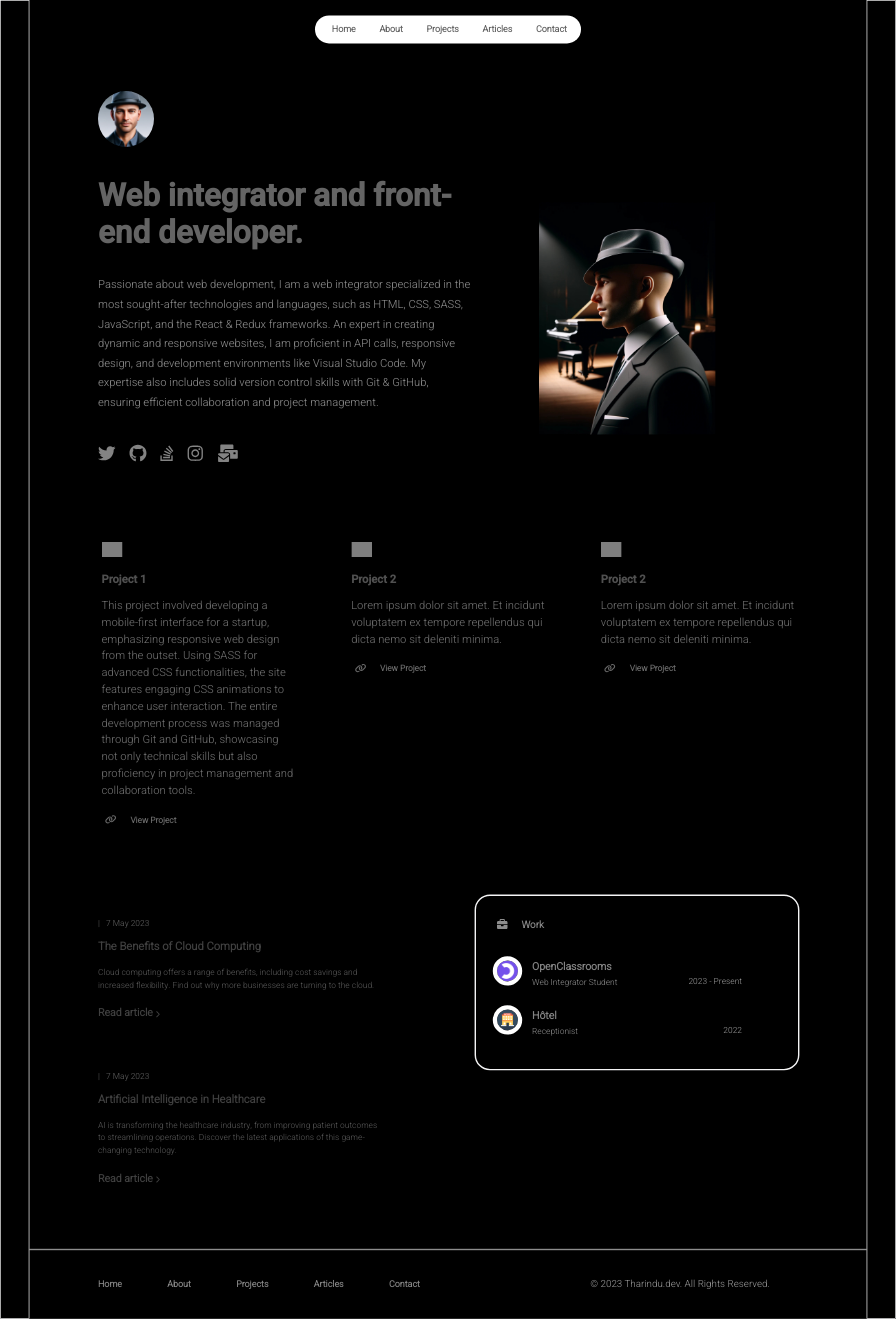
Repository: Dimple3377/reactfolio-master
Page: /
The author's editor kept a copy of each file at every save. The page is drawn from the files as they stood at one save, then again after the next save.
The browser window is 1280 px wide. The pictures show the whole page, at 70% of full size.
Pictures or frames that could not be fetched are drawn as grey boxes. The project was rebuilt for these pictures with package versions that can differ from the ones it lists, and the page was loaded fresh each time. Also part of the build but not shown: src/components/about/socials.jsx, src/pages/styles/about.css, src/pages/about.jsx, src/pages/styles/projects.css, src/pages/projects.jsx, src/components/articles/article.jsx, src/pages/styles/articles.css, src/pages/articles.jsx and 5 more.

Above is the page before, as saved 2024-04-25 03:26:59.

### src/data/styles.css
:root {
	/* ------- colors ------- */
	--primary-color: #646464;
	--secondary-color: #838383;
	--tertiary-color: #8d8d8d;
	--quaternary-color: #bbbbbb;
	--link-color: #646464;
	/* ---------------------- */

	/* ------- fonts ------- */
	--primary-font: "Heebo", sans-serif;
	--secondary-font: "Roboto", sans-serif;
	/* --------------------- */
}

### src/app.css
@import "/src/data/styles.css";

::-webkit-scrollbar {
	width: 10px;
}

::-webkit-scrollbar-track {
	background-color: #f1f1f1;
}

::-webkit-scrollbar-thumb {
	background-color: #383636;
	border-radius: 5px;
}

::-webkit-scrollbar-thumb:hover {
	background-color: rgb(0, 0, 0);
}

.page-content {
	background-color: black;
	position: relative;
}

.page-content:before,
.page-content:after {
	content: "";
	position: absolute;
	top: 0;
	bottom: 0;
	width: calc((100% - 1200px) / 2);
	background-color: black;
	border: 1px solid #f4f4f5;
}

.page-content:before {
	left: 0;
	z-index: 1;
}

.page-content:after {
	right: 0;
	z-index: 1;
}

.content-wrapper {
	max-width: 1000px;
	margin: 0 auto;
}

.title {
	color: var(--primary-color);
	font-family: var(--secondary-font);
	font-size: 45px;
	font-weight: 700;
	width: 70%;
}

.subtitle {
	padding-top: 10px;
	color: var(--secondary-color);
	font-size: 16px;
	line-height: 28px;
	width: 70%;
	margin-top: 25px;
}

.page-footer {
	position: block;
}

.page-footer::before {
	content: "";
	position: absolute;
	left: 0;
	right: 0;
	border-top: 2px solid var(--tertiary-color);
}

@media (max-width: 1270px) {
	.page-content:before,
	.page-content:after {
		width: calc((100% - 90%) / 2);
	}

	.content-wrapper {
		max-width: 90%;
		padding-left: 10%;
		padding-right: 10%;
	}
}

@media (max-width: 1024px) {
	.page-content:before,
	.page-content:after {
		width: calc((100% - 950px) / 2);
	}

	.content-wrapper {
		max-width: 980px;
	}
}

@media (max-width: 800px) {
	.content-wrapper {
		max-width: 90%;
		margin: 0 auto;
		padding: 0 10px;
	}

	.page-content:before,
	.page-content:after {
		display: none;
	}

	.title {
		width: 100%;
	}

	.subtitle {
		width: 100%;
	}
}

### src/components/common/footer.jsx
import React from "react";
import { Link } from "react-router-dom";

import "./styles/footer.css";

const Footer = () => {
	return (
		<React.Fragment>
			<div className="footer">
				<div className="footer-links">
					<ul className="footer-nav-link-list">
						<li className="footer-nav-link-item">
							<Link to="/">Home</Link>
						</li>
						<li className="footer-nav-link-item">
							<Link to="/about">About</Link>
						</li>
						<li className="footer-nav-link-item">
							<Link to="/projects">Projects</Link>
						</li>
						<li className="footer-nav-link-item">
							<Link to="/articles">Articles</Link>
						</li>
						<li className="footer-nav-link-item">
							<Link to="/contact">Contact</Link>
						</li>
					</ul>
				</div>

				<div className="footer-credits">
					<div className="footer-credits-text">
						© 2023 Tharindu.dev. All Rights Reserved.
					</div>
				</div>
			</div>
		</React.Fragment>
	);
};

export default Footer;

### src/components/common/navBar.jsx
import React from "react";
import { Link } from "react-router-dom";

import "./styles/navBar.css";

const NavBar = (props) => {
	const { active } = props;

	return (
		<React.Fragment>
			<div className="nav-container">
				<nav className="navbar">
					<div className="nav-background">
						<ul className="nav-list">
							<li
								className={
									active === "home"
										? "nav-item active"
										: "nav-item"
								}
							>
								<Link to="/">Home</Link>
							</li>
							<li
								className={
									active === "about"
										? "nav-item active"
										: "nav-item"
								}
							>
								<Link to="/about">About</Link>
							</li>
							<li
								className={
									active === "projects"
										? "nav-item active"
										: "nav-item"
								}
							>
								<Link to="/projects">Projects</Link>
							</li>
							<li
								className={
									active === "articles"
										? "nav-item active"
										: "nav-item"
								}
							>
								<Link to="/articles">Articles</Link>
							</li>
							<li
								className={
									active === "contact"
										? "nav-item active"
										: "nav-item"
								}
							>
								<Link to="/contact">Contact</Link>
							</li>
						</ul>
					</div>
				</nav>
			</div>
		</React.Fragment>
	);
};

export default NavBar;

### src/components/homepage/article.jsx
import React from "react";
import { Link } from "react-router-dom";

import { FontAwesomeIcon } from "@fortawesome/react-fontawesome";
import { faChevronRight } from "@fortawesome/free-solid-svg-icons";

import "./styles/article.css";

const Article = (props) => {
	const { title, description, date, link } = props;

	return (
		<React.Fragment>
			<div className="homepage-article">
				<div className="homepage-article-content">
					<div className="homepage-article-date">
						|&nbsp;&nbsp;&nbsp;{date}
					</div>
					<div className="homepage-article-title">{title}</div>
					<div className="homepage-article-description">
						{description}
					</div>
					<div className="homepage-article-link">
						<Link to={link}>
							Read article{" "}
							<FontAwesomeIcon
								style={{ fontSize: "10px" }}
								icon={faChevronRight}
							/>
						</Link>
					</div>
				</div>
			</div>
		</React.Fragment>
	);
};

export default Article;

### src/components/homepage/works.jsx
import React from "react";
import { faBriefcase } from "@fortawesome/free-solid-svg-icons";

import Card from "../common/card";

import "./styles/works.css";

const Works = () => {
	return (
		<div className="works">
			<Card
				icon={faBriefcase}
				title="Work"
				body={
					<div className="works-body">
						<div className="work">
							<img
								src="./OpenClassrooms.png"
								alt="OpenClassrooms"
								className="work-image"
							/>
							<div className="work-title">OpenClassrooms</div>
							<div className="work-subtitle">
								Web Integrator Student
							</div>
							<div className="work-duration">2023 - Present</div>
						</div>

						<div className="work">
							<img
								src="./hotel.png"
								alt="hotel"
								className="work-image"
							/>
							<div className="work-title">Hôtel</div>
							<div className="work-subtitle">Receptionist</div>
							<div className="work-duration">2022</div>
						</div>
					</div>
				}
			/>
		</div>
	);
};

export default Works;

### src/data/user.js
const INFO = {
	main: {
		title: "Portfolio by Dimple",
		name: "Joffrey",
		email: "joffran712@gmail.com",
		logo: "../logo.png",
	},

	socials: {
		twitter: "https://twitter.com/",
		github: "https://github.com/",
		linkedin: "https://linkedin.com/",
		instagram: "https://instagram.com/",
		stackoverflow: "https://stackoverflow.com/",
		facebook: "https://facebook.com/",
	},

	homepage: {
		title: "Web integrator  and front-end developer.",
		description:
			"Passionate about web development, I am a web integrator specialized in the most sought-after technologies and languages, such as HTML, CSS, SASS, JavaScript, and the React & Redux frameworks. An expert in creating dynamic and responsive websites, I am proficient in API calls, responsive design, and development environments like Visual Studio Code. My expertise also includes solid version control skills with Git & GitHub, ensuring efficient collaboration and project management.",
	},

	about: {
		title: "I’m Joffrey I live in Paris, where I design the future.",
		description:
			"Having recently completed my developer training, I've already engaged in various projects that I'm truly proud of. Many of these projects are open-source, offering an opportunity for others to explore, contribute, and enhance. If you're interested in my work, I encourage you to review the code and share any suggestions for improvement. I'm eager to collaborate and learn from feedback, as I believe it's a fantastic way to grow and refine my skills.",
	},

	articles: {
		title: "I'm passionate about pushing the boundaries of what's possible and inspiring the next generation of innovators.",
		description:
			"A chronological compilation of my detailed reflections on programming, leadership, product design, and beyond.",
	},

	projects: [
		{
			title: "Project 1",
			description:
				"This project involved developing a mobile-first interface for a startup, emphasizing responsive web design from the outset. Using SASS for advanced CSS functionalities, the site features engaging CSS animations to enhance user interaction. The entire development process was managed through Git and GitHub, showcasing not only technical skills but also proficiency in project management and collaboration tools.",
			logo: "https://cdn.jsdelivr.net/npm/programming-languages-logos/src/html/html.png",
			linkText: "View Project",
			link: "https://github.com",
		},
		{
			title: "Project 2",
			description:
				"Lorem ipsum dolor sit amet. Et incidunt voluptatem ex tempore repellendus qui dicta nemo sit deleniti minima.",
			logo: "https://cdn.jsdelivr.net/npm/programming-languages-logos/src/javascript/javascript.png",
			linkText: "View Project",
			link: "https://github.com",
		},
		{
			title: "Project 2",
			description:
				"Lorem ipsum dolor sit amet. Et incidunt voluptatem ex tempore repellendus qui dicta nemo sit deleniti minima.",
			logo: "https://cdn.jsdelivr.net/npm/programming-languages-logos/src/javascript/javascript.png",
			linkText: "View Project",
			link: "https://github.com",
		},
	],
};

export default INFO;

### src/pages/styles/homepage.css
@import "../../data/styles.css";

.homepage-logo-container {
	display: flex;
	justify-content: left;
	align-items: center;
	padding-top: 130px;
}

.homepage-container {
	padding-top: 25px;
}

.homepage-first-area {
	display: flex;
	justify-content: space-between;
	align-items: center;
}

.homepage-first-area-left-side {
	display: flex;
	flex-direction: column;
	align-items: flex-start;
}

.homepage-title {
	width: 85% !important;
}

.homepage-subtitle {
	width: 85% !important;
}

.homepage-first-area-right-side {
	display: flex;
	align-items: center;
}

.homepage-image-container {
	width: 370px;
	height: 370px;
}

.homepage-image-wrapper {
	overflow: hidden;
	border-radius: 10%;
}

.homepage-image-wrapper img {
	width: 68%;
}

.homepage-socials {
	display: flex;
	justify-content: left;
	align-items: center;
	padding-top: 30px;
}

.homepage-social-icon {
	padding-right: 20px;
	font-size: 25px;
	transition: color 0.2s ease-in-out;
	color: var(--secondary-color);
}

.homepage-social-icon:hover {
	color: var(--primary-color);
}

.homepage-after-title {
	display: flex;
}

.homepage-projects {
	flex-basis: 300px;
	padding-top: 40px;
}

.homepage-articles {
	flex-basis: 900px;
	padding-top: 30px;
	margin-left: -30px;
}

.homepage-article {
	padding-bottom: 5px;
}

.homepage-works {
	flex-basis: 600px;
	padding-top: 30px;
}

@media (max-width: 1024px) {
	.homepage-first-area {
		flex-direction: column;
	}

	.homepage-first-area-left-side {
		display: flex;
		flex-direction: column; /* Changed: set direction to column */
		align-items: flex-start;
		width: 100%;
		order: 2;
	}

	.homepage-title {
		width: 100% !important;
		margin-top: 20px;
		order: 2;
	}

	.homepage-subtitle {
		width: 100% !important;
		margin-top: 10px;
		order: 3;
	}

	.homepage-first-area-right-side {
		width: 100%;
		order: 1;
	}

	.homepage-image-container {
		padding-top: 50px;
		padding-bottom: 50px;
		margin-left: 10px;
		order: 1;
	}

	.homepage-after-title {
		flex-direction: column;
	}

	.homepage-projects {
		flex-basis: auto;
	}

	.homepage-articles {
		flex-basis: auto;
	}

	.homepage-works {
		flex-basis: auto;
		margin-left: -25px;
		margin-right: -25px;
	}
}

### src/pages/styles/readArticle.css
@import "../../data/styles.css";

.read-article-logo-container {
	display: flex;
	justify-content: left;
	padding-top: 25px;
}

.read-article-logo {
	display: flex;
	position: fixed;
	border: 1px solid white;
	border-radius: 50%;
	box-shadow: 0px 4px 10px rgba(0, 0, 0, 0.25);
	top: 4vh;
}

.read-article-container {
	display: flex;
	height: 100%;
	margin: 0;
	padding-top: 120px;
}

.read-article-back {
	padding-top: 68px;
	padding-right: 50px;
	width: 40px;
	height: 40px;
}

.read-article-back-button {
	width: 50px;
	border-radius: 50%;
	box-shadow: 0px 4px 10px rgba(0, 0, 0, 0.25);
}

.read-article-wrapper {
	width: 80%;
	padding-top: 30px;
}

.read-article-date-container {
	border-left: 2px solid var(--quaternary-color);
	color: var(--tertiary-color);
	font-size: 16 px;
	align-items: center;
	height: 22px;
}

.read-article-date {
	font-family: var(--primary-font);
	padding-left: 15px;
}

.read-article-title {
	padding-top: 50px;
	padding-bottom: 50px;
	width: 100% !important;
}

.read-article-body {
	padding-bottom: 50px;
	font-size: 16px;
	line-height: 30px;
	font-family: system-ui;
	color: #52525b;
}

### src/components/common/styles/footer.css
@import "../../../data/styles.css";

.footer {
	display: flex;
	padding-top: 25px;
	margin-top: 50px;
	padding-bottom: 25px;
	align-items: center;
}

.footer-links,
.footer-credits {
	flex-basis: 50%;
}

.footer-links {
	margin-left: -40px;
}

.footer-nav-link-list {
	display: flex;
	list-style: none;
	justify-content: space-between;
	align-items: center;
}

.footer-nav-link-item {
	font-weight: bold;
	font-size: 80%;
}

.footer-nav-link-list a {
	text-decoration: none;
	color: var(--secondary-color);
}

.footer-nav-link-list a:hover {
	color: var(--link-color);
}

.footer-credits-text {
	justify-content: flex-end;
	color: var(--tertiary-color);
	font-size: 14px;
	text-align: right;
}

@media (max-width: 600px) {
	.footer {
		flex-direction: column;
		height: 85px;
	}

	.footer-links {
		display: flex;
		width: 100%;
		justify-content: center;
	}

	.footer-nav-link-list {
		width: 100%;
	}
}

### src/components/common/styles/navBar.css
@import "../../../data/styles.css";

.nav-container {
	margin: 0;
	display: flex;
	justify-content: center;
	align-items: center;
}

.navbar {
	display: flex;
	justify-content: center;
	align-items: center;
	position: fixed;
	top: 3vh;
	z-index: 999;
}

.nav-background {
	width: 380px;
	height: 40px;
	padding-left: 0%;
	padding-right: 0%;
	background: #fff;
	box-shadow: 0px 2px 10px rgba(0, 0, 0, 0.1);
	border-radius: 40px;
}

.nav-list {
	display: flex;
	justify-content: space-between;
	list-style: none;
	align-items: center;
	margin-left: -16px;
	margin-right: 20px;
	margin-top: 11px;
}

.nav-item {
	font-weight: bold;
	font-size: 80%;
}

.nav-item.active a {
	color: var(--link-color) !important;
}

.nav-item a {
	text-decoration: none;
	color: var(--primary-color);
}

.nav-item a:hover {
	color: var(--link-color);
	transition: color 0.3s ease-in-out;
}

@media (max-width: 600px) {
	.navbar {
		margin-left: 25%;
		margin-right: 25%;
		width: 80%;
		font-size: 80%;
	}

	.nav-background {
		width: 80%;
		height: 40px;
	}

	.nav-item {
		font-weight: bold;
	}
}

### src/components/homepage/styles/article.css
@import "../../../data/styles.css";

.homepage-article {
	width: 90%;
	mix-blend-mode: normal;
	border-radius: 20px;
	opacity: 0.8;
}

.homepage-article:hover {
	background: #fafafa;
	opacity: 1;
	transition: background-color 0.3s ease-in-out;
}

.homepage-article-content {
	padding: 30px;
}

.homepage-article-date {
	opacity: 1;
	color: var(--tertiary-color);
	font-size: 12px;
	margin-bottom: 1em;
}

.homepage-article-title {
	opacity: 1;
	color: var(--primary-color);
	font-size: 16px;
	margin-bottom: 1em;
	font-weight: 700;
}

.homepage-article-description {
	opacity: 1;
	color: var(--secondary-color);
	font-size: 12px;
	line-height: 1.5;
}

.homepage-article-link {
	opacity: 1;
	padding-top: 20px;
	font-size: 15px;
	font-weight: 700;
}

.homepage-article-link a {
	color: var(--link-color);
	text-decoration: none;
}

@media (max-width: 600px) {
	.homepage-article {
		width: 100%;
	}
}

### src/components/projects/project.jsx
import React from "react";
import { Link } from "react-router-dom";
import { FontAwesomeIcon } from "@fortawesome/react-fontawesome";
import { faLink } from "@fortawesome/free-solid-svg-icons";

import "./styles/project.css";

const Project = (props) => {
	const { logo, title, description, linkText, link } = props;

	return (
		<React.Fragment>
			<div className="project">
				<Link to={link}>
					<div className="project-container">
						<div className="project-logo">
							<img src={logo} alt="logo" />
						</div>
						<div className="project-title">{title}</div>
						<div className="project-description">{description}</div>
						<div className="project-link">
							<div className="project-link-icon">
								<FontAwesomeIcon icon={faLink} />
							</div>

							<div className="project-link-text">{linkText}</div>
						</div>
					</div>
				</Link>
			</div>
		</React.Fragment>
	);
};

export default Project;

### src/components/articles/style/article.css
@import "../../../data/styles.css";

.article {
	display: flex;
}

.article a {
	text-decoration: none;
}

.article-left-side {
	min-width: 20%;
	max-width: 20%;
}

.article-right-side {
	flex-basis: 80%;
	min-width: 700px;
	mix-blend-mode: normal;
	border-radius: 20px;
	opacity: 0.8;
	padding: 30px;
}

.article-right-side:hover {
	background: #fafafa;
	opacity: 1;
	transition: background-color 0.3s ease-in-out;
}

.article-date {
	padding-top: 30px;
	font-size: 15px;
	color: var(--tertiary-color);
}

.article-title {
	color: #000000;
	font-size: 16px;
	font-weight: 600;
}

.article-description {
	padding-top: 10px;
	font-size: 12px;
	color: var(--secondary-color);
	font-weight: 480;
	line-height: 25px;
}

.article-link {
	padding-top: 10px;
	font-size: 14px;
	color: var(--link-color);
	font-weight: 700;
}

@media (max-width: 1024px) {
	.article-left-side {
		min-width: 10%;
		max-width: 10%;
	}

	.article-right-side {
		flex-basis: 90%;
		min-width: 85%;
		max-width: 85%;
	}
}

### src/components/projects/styles/project.css
@import "../../../data/styles.css";

.project {
	mix-blend-mode: normal;
	border-radius: 20px;
	opacity: 0.8;
	height: 100%;
}

.project a {
	text-decoration: none;
}

.project:hover {
	background: #fafafa;
	opacity: 1;
	transition: background-color 0.3s ease-in-out;
}

.project:hover .project-link {
	color: var(--link-color);
	transition: color 0.3s ease-in-out;
}

.project-container {
	padding: 30px;
}

.project-logo {
	width: 30px;
}

.project-logo img {
	width: 100%;
}

.project-title {
	font-family: var(--secondary-font);
	color: var(--primary-color);
	font-size: 16px;
	padding-top: 15px;
	margin-bottom: 1em;
	font-weight: 700;
}

.project-description {
	color: var(--secondary-color);
}

.project-link {
	display: flex;
	align-items: center;
	color: var(--secondary-color);
	font-size: 12px;
	padding-top: 20px;
}

.project-link-icon {
	padding-left: 5px;
	font-size: 13px;
}

.project-link-text {
	padding-left: 20px;
	font-weight: 700;
}

@media (max-width: 600px) {
	.project {
		height: 300px;
	}
}

Loaded but not shown: public/index.html (common file); src/index.js (common file); src/index.css (common file); src/App.js (common file); src/reportWebVitals.js (common file); src/data/tracking.js (common file); src/components/common/logo.jsx (common file); src/components/projects/allProjects.jsx (common file); src/components/common/styles/logo.css (common file); src/components/common/card.jsx (common file); src/components/homepage/styles/works.css (common file); src/components/projects/styles/allProjects.css (common file); src/components/about/styles/socials.css (common file); src/components/common/styles/card.css (common file); src/data/articles.js (65 lines, source omitted); src/data/seo.js (38 lines, source omitted); src/pages/homepage.jsx (206 lines, source omitted)

After the next save:
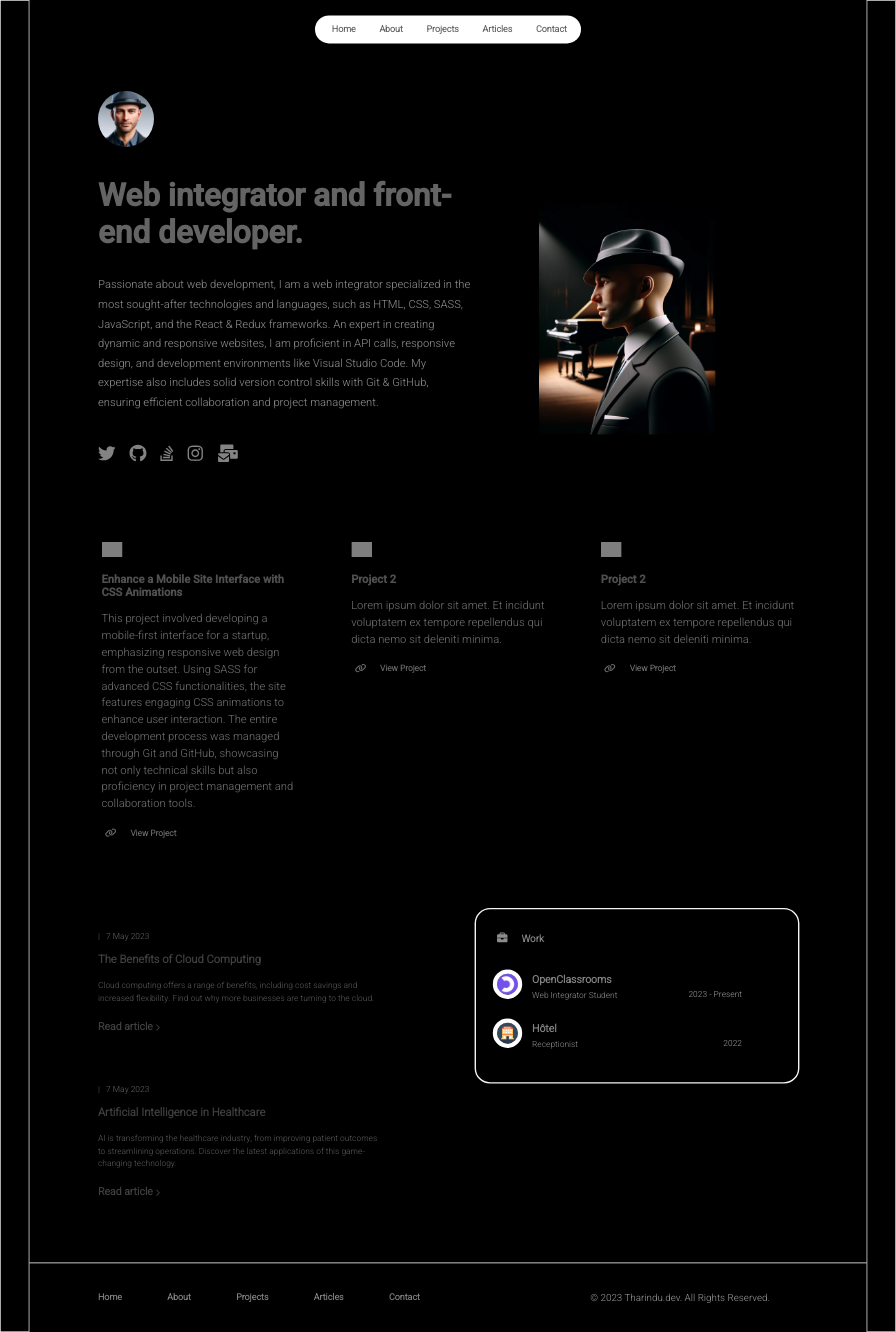
Saved 3 min 28 s later.
--- a/src/data/user.js
+++ b/src/data/user.js
@@ -35,7 +35,7 @@ const INFO = {
 
 	projects: [
 		{
-			title: "Project 1",
+			title: "Enhance a Mobile Site Interface with CSS Animations",
 			description:
 				"This project involved developing a mobile-first interface for a startup, emphasizing responsive web design from the outset. Using SASS for advanced CSS functionalities, the site features engaging CSS animations to enhance user interaction. The entire development process was managed through Git and GitHub, showcasing not only technical skills but also proficiency in project management and collaboration tools.",
 			logo: "https://cdn.jsdelivr.net/npm/programming-languages-logos/src/html/html.png",
